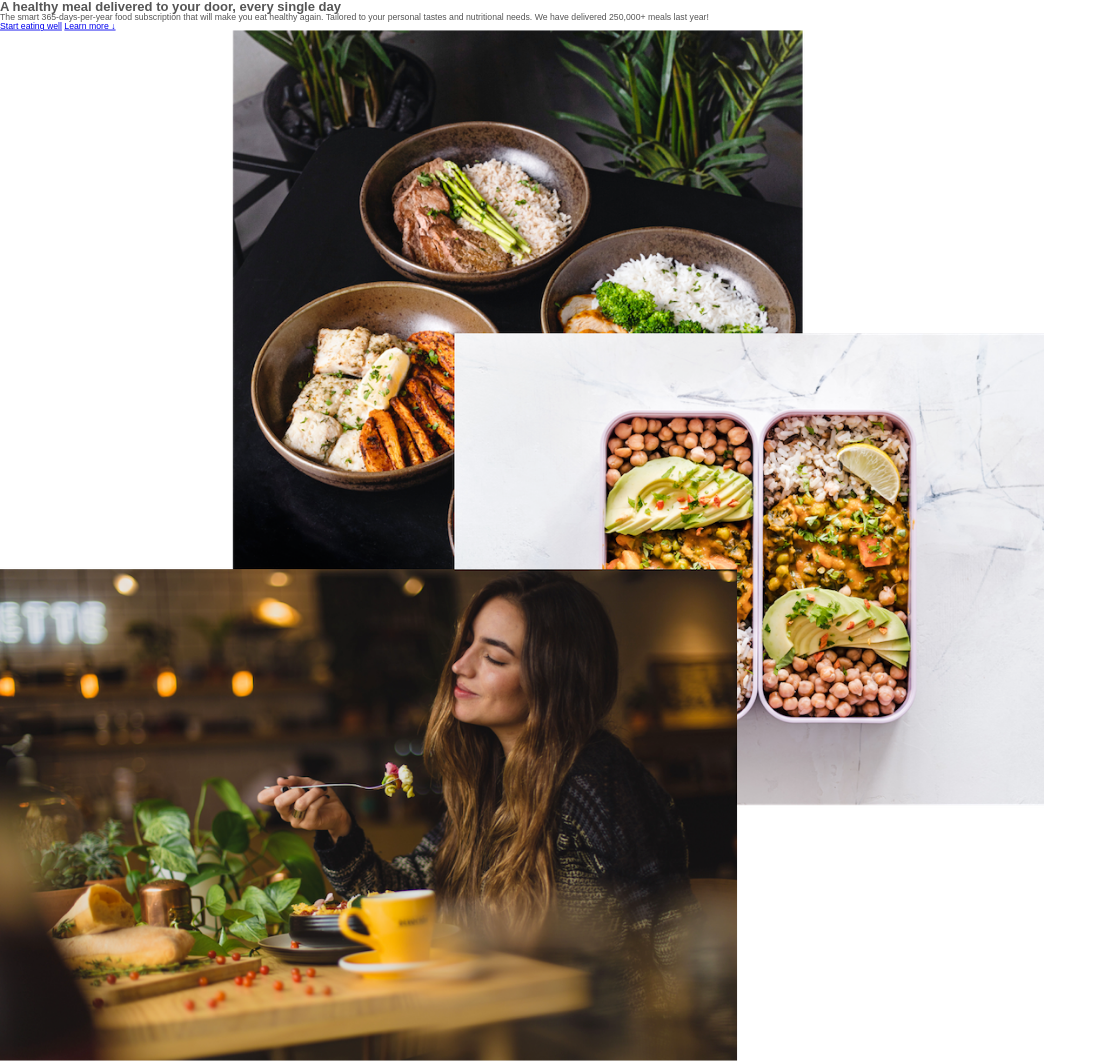
Repository: WefsCao/Omnifood
Page: index.html
The author's editor kept a copy of each file at every save. The page is drawn from the files as they stood at one save, then again after the next save.
The browser window is 1280 px wide. The pictures show the whole page, at 87% of full size.

Above is the page before, as saved 2022-06-03 18:34:27.

### index.html
<!DOCTYPE html>
<html lang="en">
  <head>
    <meta charset="UTF-8" />
    <meta http-equiv="X-UA-Compatible" content="IE=edge" />
    <meta name="viewport" content="width=device-width, initial-scale=1.0" />
    <link rel="stylesheet" href="./css/style.css" />
    <title>Omnifood</title>
  </head>
  <body>
    <section class="section-hero">
      <div class="hero">
        <div class="hero-text-box">
          <h1 class="hero-heading">
            A healthy meal delivered to your door, every single day
          </h1>
          <p class="hero-description">
            The smart 365-days-per-year food subscription that will make you eat
            healthy again. Tailored to your personal tastes and nutritional
            needs. We have delivered 250,000+ meals last year!
          </p>
          <a href="#">Start eating well</a>
          <a href="#">Learn more &darr;</a>
        </div>
        <div class="hero-img-box">
          <img src="img/hero.png" alt="Hero of image" class="hero-img" />
        </div>
      </div>
    </section>
  </body>
</html>

### css/style.css
html {
  font-size: 62.5%;
}
* {
  margin: 0;
  padding: 0;
  box-sizing: border-box;
}
body {
  font-family: sans-serif;
  color: #555;
  font-weight: 400;
  line-height: 1;
}

/*SPACING SYSTEM (px)
      2 / 4 / 8 / 12 / 16 / 24 / 32 / 48 / 64 / 80 / 96 / 128

FONT SIZE SYSTEM (px)
      10 / 12 / 14 / 16 / 18 / 20 / 24 / 30 / 36 / 44 / 52 / 62 / 74 / 86 / 98
*/

After the next save:
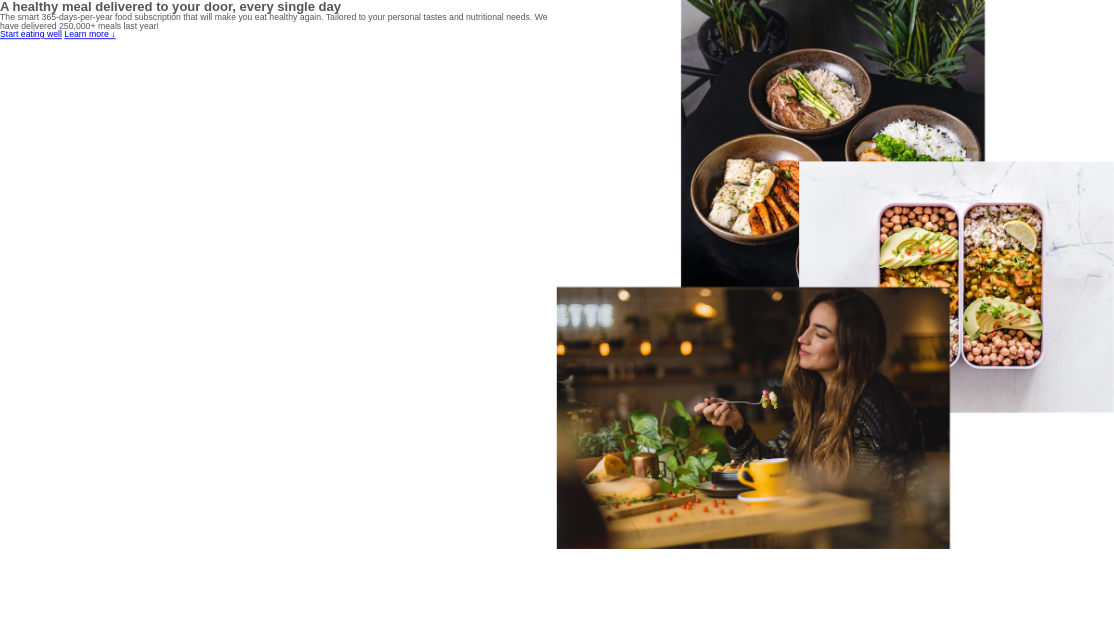
Saved 39 s later.
--- a/css/style.css
+++ b/css/style.css
@@ -19,3 +19,10 @@
 FONT SIZE SYSTEM (px)
       10 / 12 / 14 / 16 / 18 / 20 / 24 / 30 / 36 / 44 / 52 / 62 / 74 / 86 / 98
 */
+.hero {
+  display: grid;
+  grid-template-columns: 1fr 1fr;
+}
+.hero-img {
+  width: 100%;
+}
